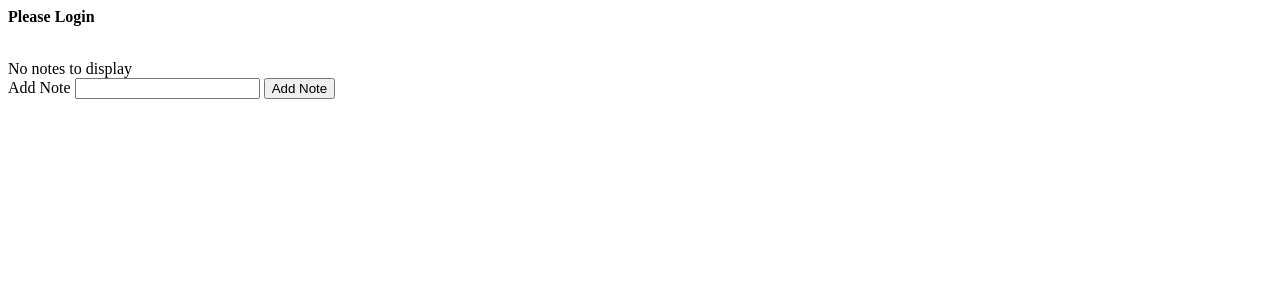
Repository: ramasubbaiya/PHP_Term_1_Course_Work
Page: http://localhost/UserNotes/index.php?do=new
An editor plug-in stored every save of this project. The page is shown before and after the next save, followed by the edit.
The browser window is 1280 px wide. The pictures show the whole page.
The page is run by PHP 8.4 with error messages shown; the project is at /var/www/html/. Queries for data that is not in the repository find no rows.

Above is the page before, as saved 2015-04-16 13:47:18.

### ZendStudio/Lambton/UserNotes/index.php
<?php
session_start();

/*
 * connect to the database
 * check for connection errors
 */
include ('sqlconn.php');

?>
<!DOCTYPE>
<html>
<head>
</head>
<body>

<?php

include_once 'notes.php';

$user = "";

if (isset($_SESSION['user'])) {
    $user = $_SESSION['user'];
} else {
    echo "<p><b>Please Login </b></p></br>";
}

$getNotes = retrieveNotes();

if (is_array($getNotes)) {

    foreach ($getNotes as $notes) {
        echo $notes['note'];
        if ($_SESSION['user'] == $notes['username']) {
            echo "<a href='notes.php?do=delete&time={$notes['time']}'>Delete Note</a></br>";
        }
    }
} else {
    echo "No notes to display";
}

?>

<!-- // comment // -->
	<form method="post" action="index.php?do=new">
		Add Note <input type="text" name="notes" /> <input type='submit'
			value="Add Note" name='addnote'> <br />

	</form>

<?php

?>





</body>
</html>

### ZendStudio/Lambton/UserNotes/sqlconn.php
<?php

//Connect to the MySQL server using mysqli_connect() with error checking
$conn = mysqli_connect("127.0.0.1", "PHP02", "PHP02", "PHP02");


// error checking
if (mysqli_connect_errno()) {
    printf("Connect failed :%s\n", mysqli_connect_error());
    exit();
} else {

}

### ZendStudio/Lambton/UserNotes/notes.php
<?php
//SQL connection
include 'sqlconn.php';

//$conn = mysqli_connect("127.0.0.1", "PHP02", "PHP02", "PHP02");


$msg="";
if (isset($_GET['do'])) {
    if ($_GET['do'] == "new") {

        if($_POST)
        {
            $user = $_SESSION['user'];
            $note = $_POST['notes'];

            addNotes($user, $note);

        }

    } else if ($_GET['do'] == "delete") {

        $user = $_SESSION['user'];
        $time = $_GET['time'];

        deleteNotes($user, $time);
    }

}


function retrieveNotes(){

    include 'sqlconn.php';

    $query = "SELECT * FROM notes_table";
    $result = mysqli_query($conn, $query);
    //print_r($result);
    //$result1 = mysqli_affected_rows($conn);
    //print_r($result1);
    if ($result) {
        $notes = array();
        while ($row=mysqli_fetch_array($result)) {
            $notes[] = array("user" => $row['username'], "note" => $row['note'], "time" => $row['time']);
        }
    }


}

function addNotes($user,$notes){

    include 'sqlconn.php';

    $query = "insert into notes_table (username,note) values('{$user}','{$notes}');";
    $result = mysqli_query($conn, $query);
    if ($result) {
        if (mysqli_affected_rows($conn) > 0) {
            mysqli_close($conn);
            return true;
        }
    }
    mysqli_close($conn);
    return false;

}

function deleteNotes($user,$time){

        include 'sqlconn.php';

        $query = "delete from notes_table where username='{$user}' and time='{$time}'";
        $result = mysqli_query($conn, $query);
        if ($result) {
            if (mysqli_affected_rows($conn) > 0) {
                mysqli_close($conn);

            }
        }
        mysqli_close($conn);
}

After the next save:
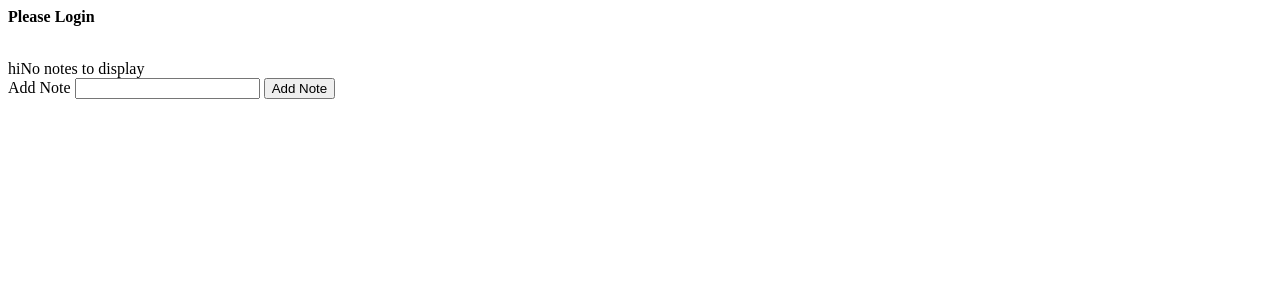
Saved 41 s later.
--- a/ZendStudio/Lambton/UserNotes/notes.php
+++ b/ZendStudio/Lambton/UserNotes/notes.php
@@ -40,6 +40,7 @@
     //print_r($result1);
     if ($result) {
         $notes = array();
+        echo"hi";
         while ($row=mysqli_fetch_array($result)) {
             $notes[] = array("user" => $row['username'], "note" => $row['note'], "time" => $row['time']);
         }

After the save that followed:
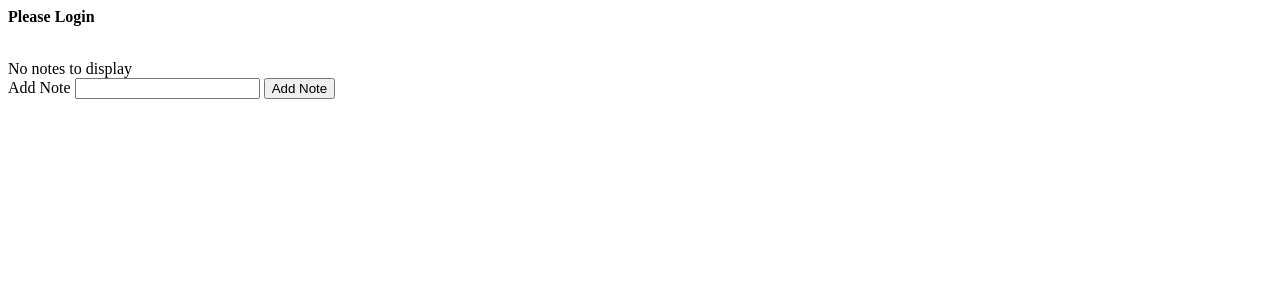
Saved 8 s later.
--- a/ZendStudio/Lambton/UserNotes/notes.php
+++ b/ZendStudio/Lambton/UserNotes/notes.php
@@ -40,7 +40,7 @@
     //print_r($result1);
     if ($result) {
         $notes = array();
-        echo"hi";
+
         while ($row=mysqli_fetch_array($result)) {
             $notes[] = array("user" => $row['username'], "note" => $row['note'], "time" => $row['time']);
         }
